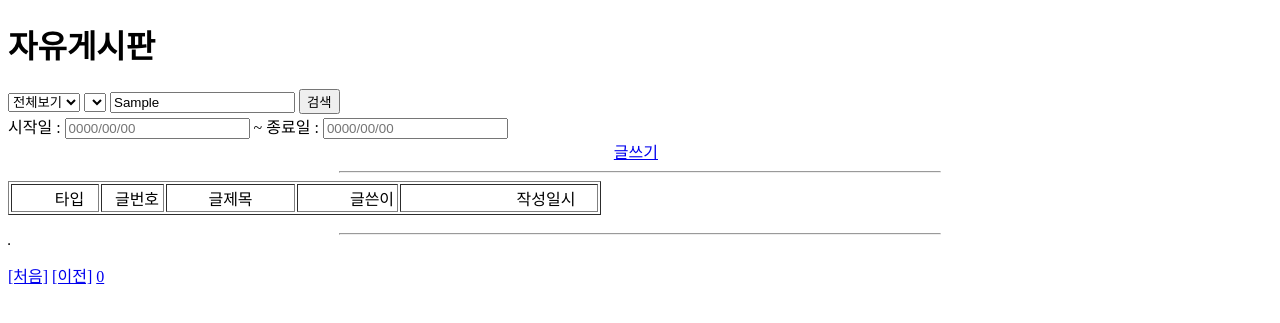
Repository: arcaorm00/seowoo_test
Page: http://localhost/mavenBoard/WEB-INF/view/freeBoard/freeBoardMain.jsp
The author's editor kept a copy of each file at every save. The page is drawn from the files as they stood at one save, then again after the next save.
The browser window is 1280 px wide. The pictures show the whole page.
Empty fields were first filled with sample values (such as "Sample", 5 or name@example.com).
After loading, the first visible `#searchBtn` was clicked once.
The page is served by Tomcat 9. Nobody is signed in. Other server files are loaded and not shown. The template is opened directly, without the code that normally fills it, so the values that code supplies are empty.

Above is the page before, as saved 2021-01-05 03:47:41.

### mavenBoard/WebContent/WEB-INF/view/freeBoard/freeBoardMain.jsp
<%@ page language="java" contentType="text/html; charset=UTF-8"
    pageEncoding="UTF-8"%>
<%@taglib uri="http://java.sun.com/jsp/jstl/core" prefix="c"%>
<!DOCTYPE html PUBLIC "-//W3C//DTD HTML 4.01 Transitional//EN" "http://www.w3.org/TR/html4/loose.dtd">
<html>
<head>
<meta http-equiv="Content-Type" content="text/html; charset=UTF-8">
<title>Insert title here</title>
<script src="https://code.jquery.com/jquery-1.12.4.min.js"></script>

<script type="text/javascript">

	// 검색
	function searchFunction(page){

		var regExIsNumeric = /^[0-9]+$/;
		var deleteBlank = / /gi;

		var searchSelect = $("#searchSelect").val();
		var searchKeyword = $("#searchKeyword").val().replace(deleteBlank, "");

		if(searchSelect == 'DCOM001' && !searchKeyword.replace(regExIsNumeric, "") == ""){
			alert("검색어를 확인해주세요.\n글번호 검색은 숫자만 가능합니다.");
			return;
		}

		// 날짜 검색
		var regExIsDate = /[0-9]{4}\/[0-9]{2}\/[0-9]{2}/;
		var startDate = $("#startDate").val().replace(deleteBlank, "");
		var endDate = $("#endDate").val().replace(deleteBlank, "");

		if((startDate != "" && endDate != "") && (!regExIsDate.test(startDate) || !regExIsDate.test(endDate))){
			alert("날짜 입력 형식이 올바르지 않습니다.");
			$("#startDate").val("");
			$("#endDate").val("");
			return;
		}
		if((startDate != "" && endDate == "") || (startDate == "" && endDate != "")){
			alert("시작일과 종료일 중 하나를 비워둘 수는 없습니다.");
			return;
		}
		if(parseInt(startDate.replaceAll("/", "")) > parseInt(endDate.replaceAll("/", ""))){
			alert("종료일이 시작일보다 이전 날짜가 될 수는 없습니다.");
			return;
		}

		var twoYearsAgo = new Date();
		twoYearsAgo.setYear(twoYearsAgo.getFullYear() - 2);


		var startArr = startDate.split("/");
		var endArr = endDate.split("/");
		var startTypeDate = new Date(startArr[0], startArr[1]-1, startArr[2]);
		var endTypeDate = new Date(endArr[0], endArr[1]-1, endArr[2]);

		startTypeDate.setMonth(startTypeDate.getMonth() + 1);
		if(startTypeDate.getTime() < endTypeDate.getTime()){
			alert("기간 검색은 최대 한달까지 가능합니다.");
			return;
		}

		var searchJson = {searchField: searchSelect, keyword: searchKeyword, startDate: startDate, endDate: endDate, page: page};
		console.log(searchJson);

		$.ajax({
			data: searchJson,
			contentType: 'application/json;charset=UTF-8',
			url: "./mainSearch.ino",
			success: function(data){
				console.log(data);
				var list = data.list;
				var pagination = data.page;

				console.log(pagination);

				$("#boardTable").empty();

				var tbody = $("<tbody></tbody>");

				if(list.length > 0){
					for (var i = 0; i < list.length; i++) {
						var board = list[i];
						var tr = $("<tr></tr>");
						var type = $("<td style='width: 55px; padding-left: 30px;' align='center'></td>").html(board.codeType);
						var num = $("<td style='width: 50px; padding-left: 10px;' align='center'></td>").html(board.num);
						var link = $("<a href='./freeBoardDetail.ino?num="+board.num+"'></a>").text(board.title);
						var title = $("<td style='width: 125px;' align='left'></td>");
						title.append(link);
						var name = $("<td style='width: 48px; padding-left: 50px;' align='center'></td>").html(board.name);
						var regdate = $("<td style='width: 100px; padding-left: 95px;' align='center'></td>").html(board.regdate);
						tr.append(type, num, title, name, regdate);
						tbody.append(tr);
					}
				}else{
					var h4 = $("<h4 style='padding: 20px'></h4>").html("검색어에 해당하는 결과가 존재하지 않습니다.");
					var button = $("<button>목록으로</button>").attr("onClick", "location.href='./main.ino'");
					tbody.append(h4, button);
				}

				$("#boardTable").append(tbody);
				searchPagination(pagination);
				history.pushState('', null, '?searchField=' + searchSelect + "&keyword=" + searchKeyword + "&startDate=" + startDate + "&endDate=" + endDate + "&page=" + page);
			},
			error: function(request, status, error){
				console.log(status);
				console.log(error);
			}
		});
	}

	// 페이징
	function searchPagination(page){

		$("#paginationDiv").empty();

		var alpha = $("<span><a href='#' onClick='searchFunction(1);'>[처음]</a></span>");
		var prev = $("<span><a href='#' onClick='searchFunction(" + page.prevPage + ");'>[이전]</a></span>");
		var next = $("<span><a href='#' onClick='searchFunction(" + page.nextPage +");'>[다음]</a></span>");
		var omega = $("<span><a href='#' onClick='searchFunction(" + page.totalPage +");'>[끝]</a></span>");
		// var alpha = $("<span><a href='./main.ino?page=1'>[처음]</a></span>");
		// var prev = $("<span><a href='./main.ino?page=" + page.prevPage + "'>[이전]</a></span>");
		// var next = $("<span><a href='./main.ino?page=" + page.nextPage + "'>[다음]</a></span>");
		// var omega = $("<span><a href='./main.ino?page=" + page.totalBlock + "'>[끝]</a></span>");

		if(page.currentPage != 1){
			$("#paginationDiv").append(alpha, prev);
		}

		for (var pageNum = page.startBlock; pageNum <= page.endBlock; pageNum++){
			var span;
			if (pageNum == page.currentPage){
				span = $("<span style='color: red;'>" + pageNum + " </span>");
			}else{
				span = $("<span><a href='#' onClick='searchFunction(" + pageNum + ");'>" + pageNum + "</a> </span>");
			}
			$("#paginationDiv").append(span);
		}

		if(page.currentPage != page.totalPage && page.totalPage > 0){
			$("#paginationDiv").append(next);
		}
		if(page.currentPage != page.totalPage && page.totalPage > 0){
			$("#paginationDiv").append(omega);
		}
	}

	function textAutocomplete(event, date){
		var len = date.value.length;

		if(len == 4){ date.value += "/"; }
		if(len == 7){ date.value += "/"; }
		if(len == 9){ $("#endDate").focus(); }
	}

	$(function(){
		$("#searchKeyword").keypress(function(event){
			if(event.keyCode == 13){
				searchFunction(1);
			}
		})
	})
</script>
</head>
<body>

	<div>
		<h1>자유게시판</h1>
	</div>

	<div>
		<select id="searchSelect">
			<option value="">전체보기</option>
			<c:forEach var="nRow" items="${ searchList }">
				<option value="${ nRow.DECODE }" <c:if test="${ searchField eq nRow.DECODE }">selected</c:if>>${ nRow.DECODE_NAME }</option>
			</c:forEach>
		</select>
		<select id="yearSelect">
			<c:forEach var="nRow" items="${ yearList }">
				<option value="${ nRow.DECODE }" <c:if test="${ searchField eq nRow.DECODE }">selected</c:if>>${ nRow.DECODE_NAME }</option>
			</c:forEach>
		</select>
		<input type="text" id="searchKeyword" value="${ keyword }"/>
		<button type="button" id="searchBtn" name="searchBtn" onClick="searchFunction(1);">검색</button>
	</div>

	<div>
		시작일 : <input type="text" id="startDate" name="startDate" maxlength="10"
				onkeypress="textAutocomplete(event, this);" value="${ startDate }" placeholder="0000/00/00"/> ~
		종료일 : <input type="text" id="endDate" name="endDate" maxlength="10"
				onkeypress="textAutocomplete(event, this);" value="${ endDate }" placeholder="0000/00/00"/>
	</div>

	<div style="width:650px;" align="right">
		<a href="./freeBoardInsert.ino">글쓰기</a>
	</div>
	<hr style="width: 600px;">
	<div style="padding-bottom: 10px;">
		<table border="1">
			<thead>
				<tr>
					<td style="width: 55px; padding-left: 30px;" align="center">타입</td>
					<td style="width: 50px; padding-left: 10px;" align="center">글번호</td>
					<td style="width: 125px;" align="center">글제목</td>
					<td style="width: 48px; padding-left: 50px;" align="center">글쓴이</td>
					<td style="width: 100px; padding-left: 95px;" align="center">작성일시</td>
				</tr>
			</thead>
		</table>
	</div>
	<hr style="width: 600px;">

	<div id="boardDiv">
		<table id="boardTable" border="1">
			<tbody>
					<c:forEach var="dto" items="${ freeBoardList }">
					<tr>
						<td style="width: 55px; padding-left: 30px;" align="center">${ dto.codeType }</td>
						<td style="width: 50px; padding-left: 10px;" align="center">${ dto.num }</td>
						<td style="width: 125px;" align="left"><a href="./freeBoardDetail.ino?num=${ dto.num }">${ dto.title }</a></td>
						<td style="width: 48px; padding-left: 50px;" align="center">${ dto.name }</td>
						<td style="width: 100px; padding-left: 95px;" align="center">${ dto.regdate }</td>
					<tr>
					</c:forEach>
			</tbody>
		</table>
	</div>

	<br>

	<div id="paginationDiv">
		<c:if test="${ pagination.currentPage != 1 }">
			<span><a href="#" onClick="searchFunction(1);">[처음]</a></span>
		</c:if>
		<c:if test="${ pagination.currentPage != 1 }">
			<span><a href="#" onClick="searchFunction(${ pagination.prevPage });">[이전]</a></span>
		</c:if>

		<c:forEach var="pageNum" begin="${ pagination.startBlock }" end="${ pagination.endBlock }">
			<c:choose>
				<c:when test="${ pageNum == pagination.currentPage }">
					<span style="color: red;">${ pageNum }</span>
				</c:when>
				<c:otherwise>
					<span><a href="#" onClick="searchFunction(${ pageNum });">${ pageNum }</a></span>
				</c:otherwise>
			</c:choose>
		</c:forEach>

		<c:if test="${ pagination.currentPage != pagination.totalPage && pagination.totalPage > 0 }">
			<span><a href="#" onClick="searchFunction(${ pagination.nextPage });">[다음]</a></span>
		</c:if>
		<c:if test="${ pagination.currentPage != pagination.totalBlock && pagination.totalBlock > 0 }">
			<span><a href="#" onClick="searchFunction(${ pagination.totalBlock });">[끝]</a></span>
		</c:if>
	</div>

</body>
</html>

After the next save:
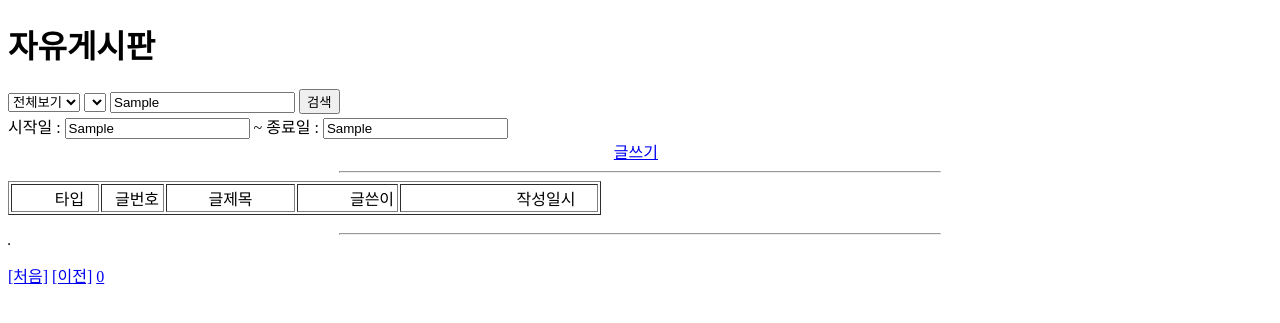
Console error: SyntaxError: Unexpected token ')'
Saved 2 min 0 s later.
--- a/mavenBoard/WebContent/WEB-INF/view/freeBoard/freeBoardMain.jsp
+++ b/mavenBoard/WebContent/WEB-INF/view/freeBoard/freeBoardMain.jsp
@@ -46,7 +46,8 @@
 
 		var twoYearsAgo = new Date();
 		twoYearsAgo.setYear(twoYearsAgo.getFullYear() - 2);
-
+		var twoYearsAgoString = twoYearsAgo.getYear() + "/" + (twoYearsAgo.getMonth()+1) + "/" + twoYearsAgo.getDay();
+		if()
 
 		var startArr = startDate.split("/");
 		var endArr = endDate.split("/");

After the save that followed:
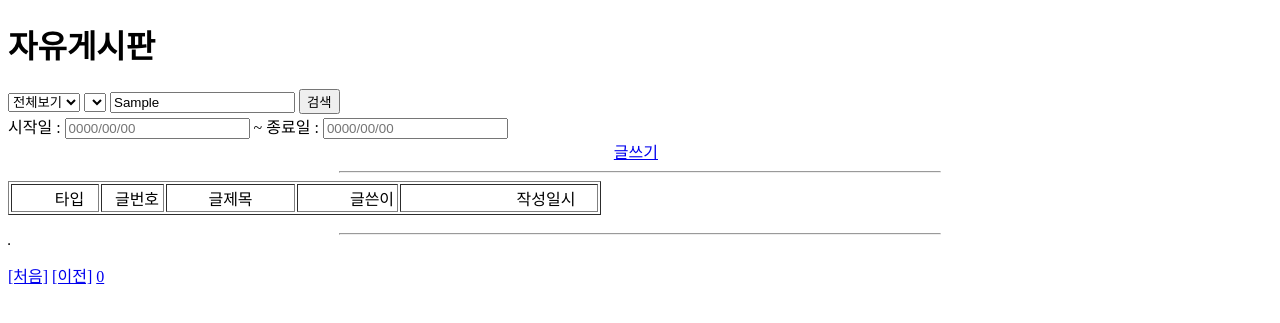
The error is gone.
Saved 9 s later.
--- a/mavenBoard/WebContent/WEB-INF/view/freeBoard/freeBoardMain.jsp
+++ b/mavenBoard/WebContent/WEB-INF/view/freeBoard/freeBoardMain.jsp
@@ -47,7 +47,7 @@
 		var twoYearsAgo = new Date();
 		twoYearsAgo.setYear(twoYearsAgo.getFullYear() - 2);
 		var twoYearsAgoString = twoYearsAgo.getYear() + "/" + (twoYearsAgo.getMonth()+1) + "/" + twoYearsAgo.getDay();
-		if()
+		console.log(twoYearsAgoString);
 
 		var startArr = startDate.split("/");
 		var endArr = endDate.split("/");
